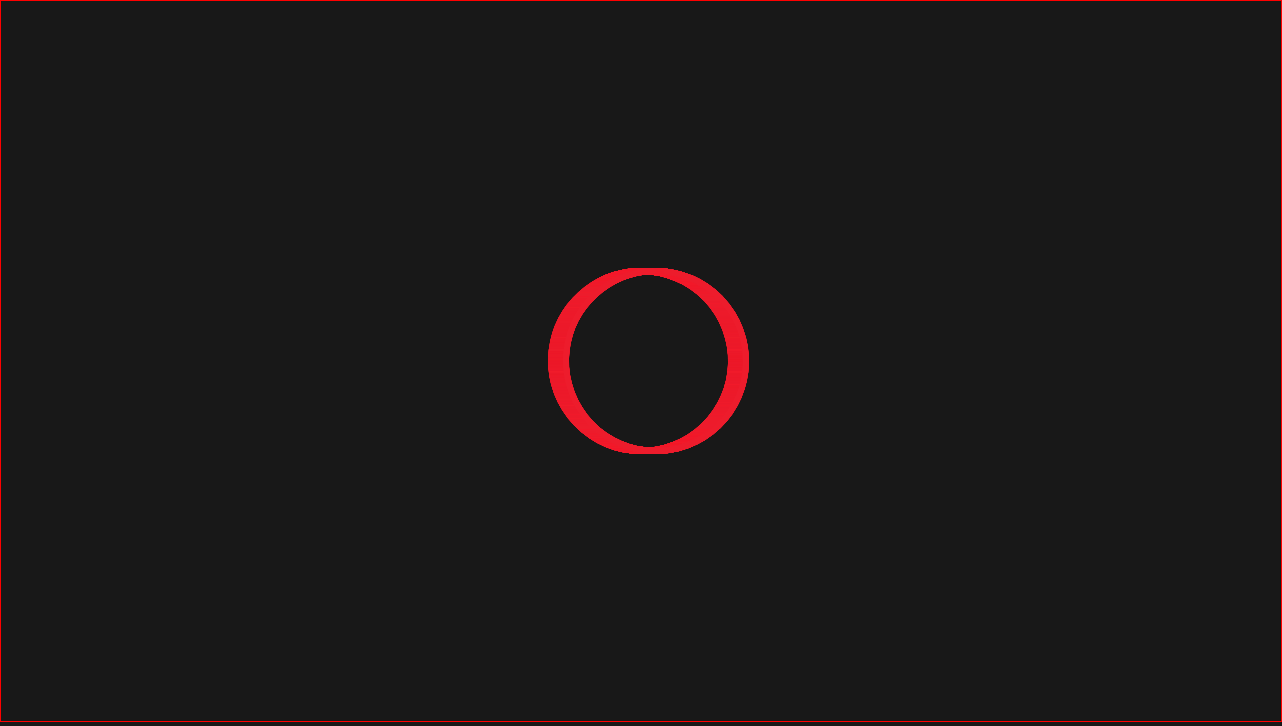
Repository: randy918/chris-canvas-52323
Page: index.html
These files come from the project's save history. The page is drawn as it stood at one moment and after a run of saves; the edit follows.
The browser window is 1280 px wide. The page is 1282 px wide, so the pictures cover 1282 px, including what lies to the right of the window. The pictures show the whole page.
The style sheet was rebuilt from its Sass, Less or Tailwind sources for each picture, by a compiler version that may differ from the author's.

Above is the page before, as saved 2023-05-28 16:14:53.

After the next 3 saves:
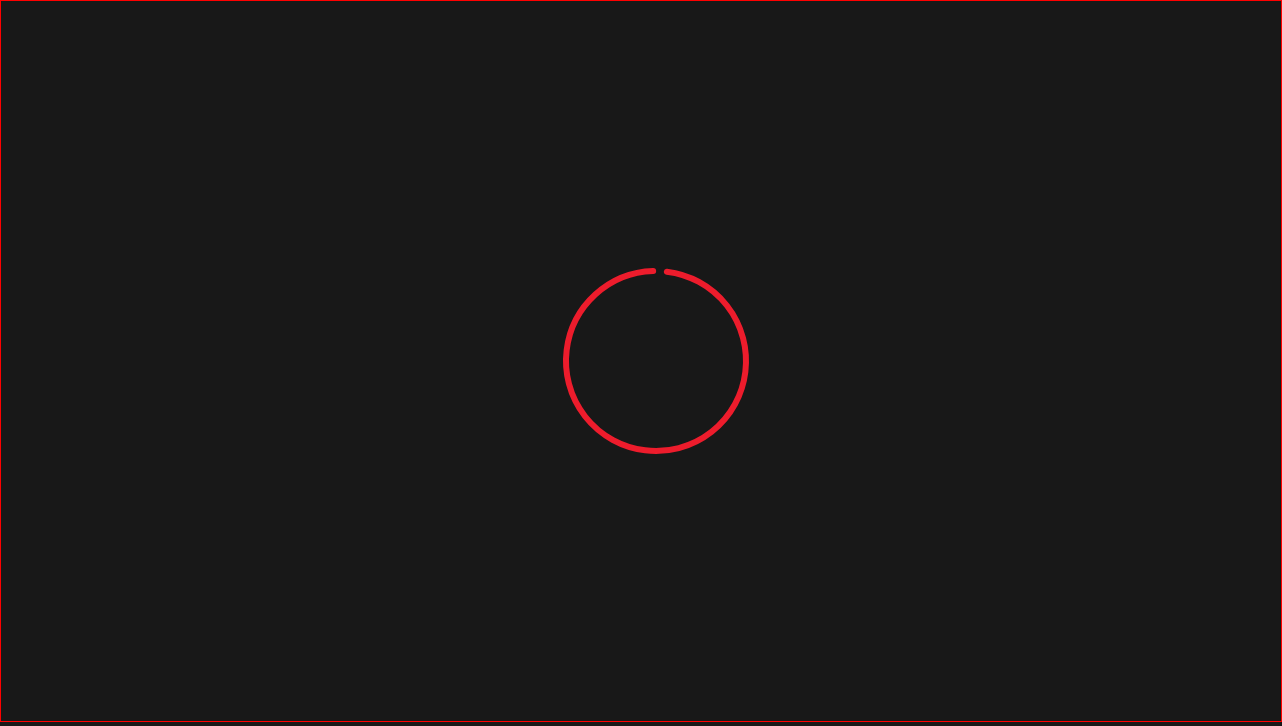
The 3 saves are shown as one change because they came seconds apart.
The last was saved 9 s later.
--- a/js/canvas.js
+++ b/js/canvas.js
@@ -40,6 +40,7 @@ const main = function () {
 
     const c_Animate = function () {
 
+        c.clearRect(0, 0, innerWidth, innerHeight);
 
         requestAnimationFrame(c_Animate);
         c_Circle(centerX, centerY, 90);
